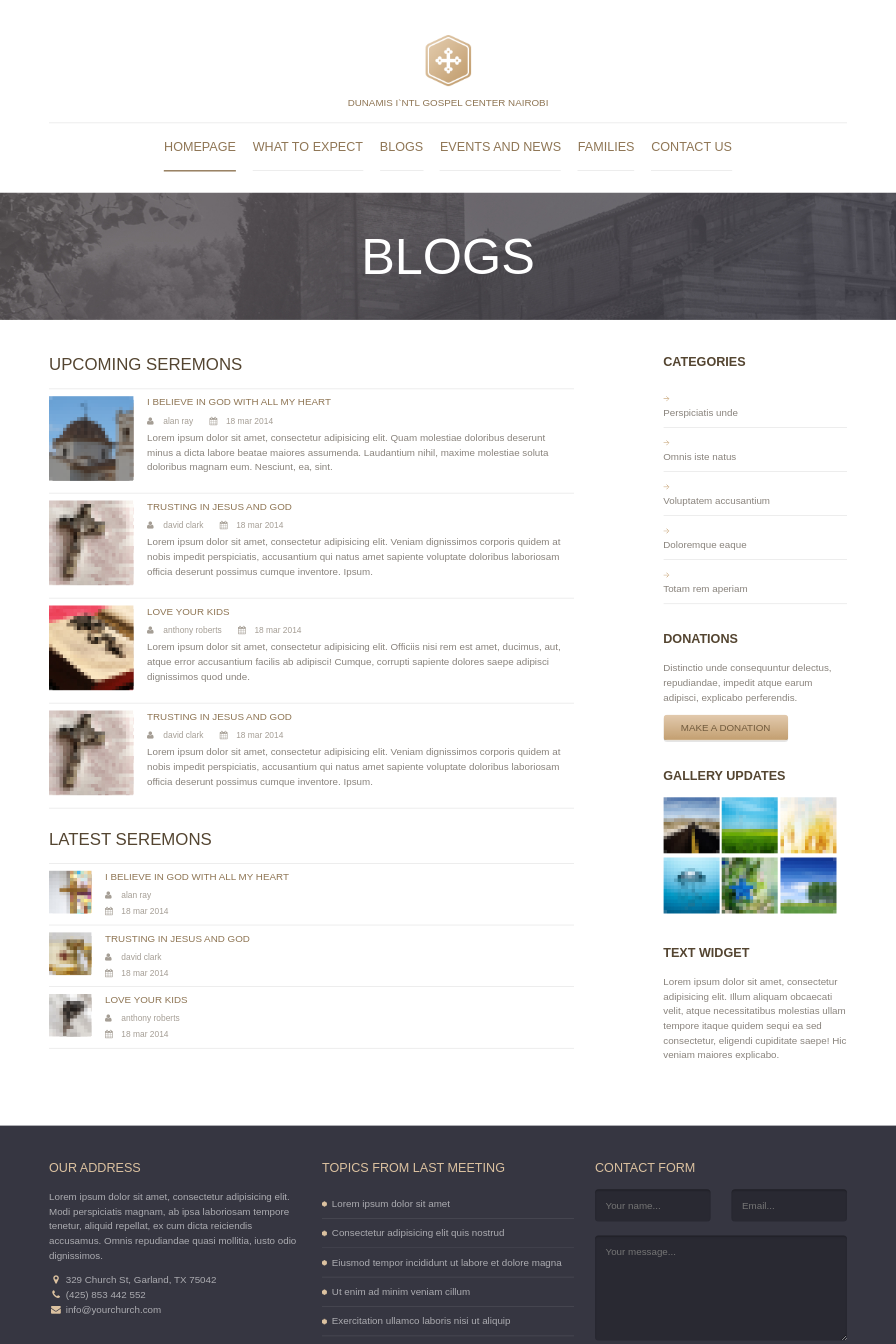
Repository: profbkmurage/churchWebsite
Page: testimonials.html
These files come from the project's save history. The page is drawn as it stood at one moment and after the next save; the edit follows.
The browser window is 1280 px wide. The pictures show the part of the page from y = 0 to 1920 px (the page is 4174 px tall), at 70% of full size.

Above is the page before, as saved 2024-07-10 20:46:39.

After the next save:
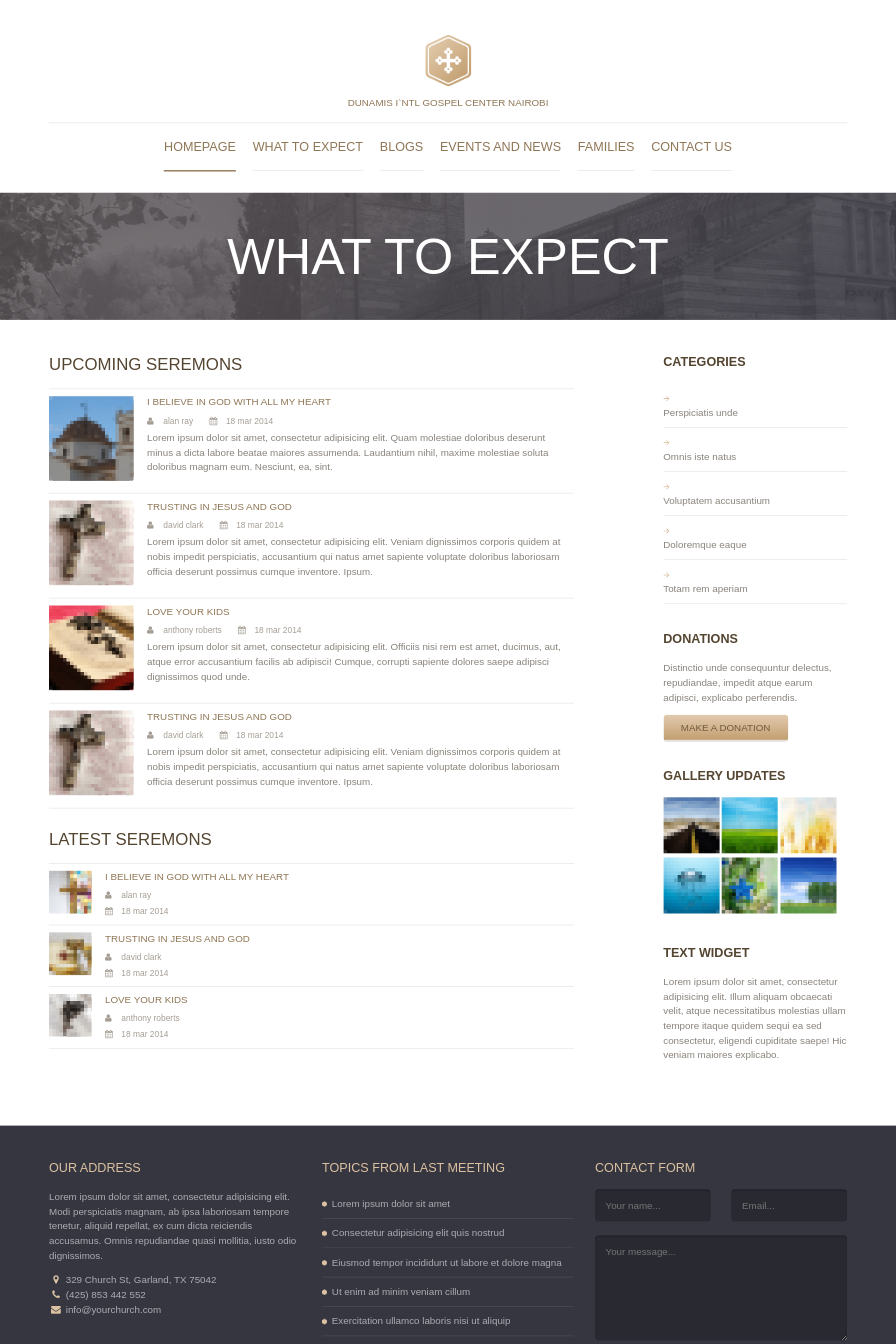
Saved 105 s later.
--- a/testimonials.html
+++ b/testimonials.html
@@ -48,7 +48,7 @@
 
 			<div class="page-head" data-bg-image="images/page-head-1.jpg">
 				<div class="container">
-					<h2 class="page-title">Blogs</h2>
+					<h2 class="page-title">What to Expect</h2>
 				</div>
 			</div>
 
